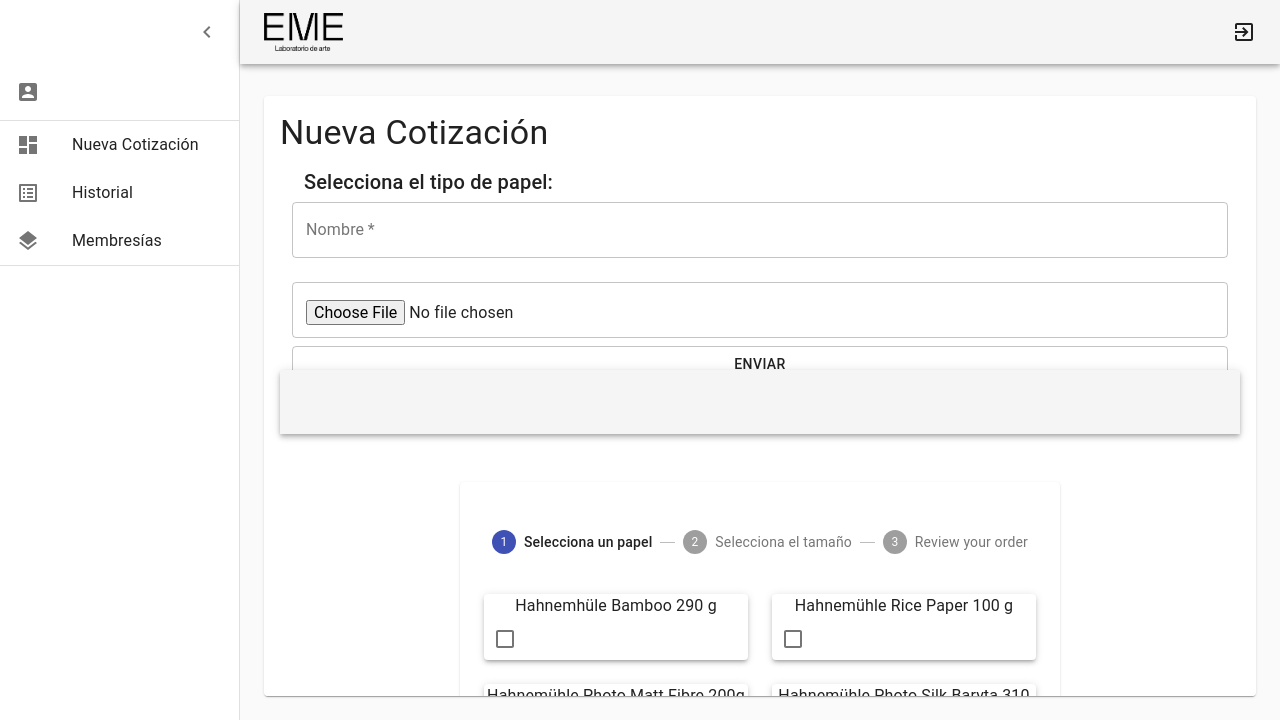
Repository: BrendaCarranco/eme-lab
Page: /Trabajo
An editor plug-in stored every save of this project. The page is shown before and after the next save, followed by the edit.
The browser window is 1280 px wide. The pictures show the whole page.
An inner scrolling area shows only its first screen. Some web libraries are served in a nearby version. The project was rebuilt for these pictures with package versions that can differ from the ones it lists, and the page was loaded fresh each time. Also part of the build but not shown: src/components/buildingPage/Building.js, src/temaConfig.js, src/components/buildingPage/Landing.js, src/components/login/Reset.js, src/components/Dashboard/Historial.js, src/components/Dashboard/Membresias.js, src/components/Dashboard/SizeForm.js, src/components/Dashboard/Review.js and 6 more.

Above is the page before, as saved 2020-08-30 20:28:11.

### public/index.html
<!DOCTYPE html>
<html lang="en">

<head>
  <meta charset="utf-8" />

  <meta name="viewport" content="width=device-width, initial-scale=1" />
  <meta name="theme-color" content="#000000" />
  <meta name="description" content="Web site created using create-react-app" />
  <link rel="icon" type="image/png" href="/eme-icon.png">


  </style>

  <!--
      manifest.json provides metadata used when your web app is installed on a
      user's mobile device or desktop. See https://developers.google.com/web/fundamentals/web-app-manifest/
    -->
  <link rel="manifest" href="%PUBLIC_URL%/manifest.json" />
  <!-- CSS only -->
  <link rel="stylesheet" href="https://stackpath.bootstrapcdn.com/bootstrap/4.5.2/css/bootstrap.min.css"
    integrity="sha384-JcKb8q3iqJ61gNV9KGb8thSsNjpSL0n8PARn9HuZOnIxN0hoP+VmmDGMN5t9UJ0Z" crossorigin="anonymous">

  <!--
      Notice the use of %PUBLIC_URL% in the tags above.
      It will be replaced with the URL of the `public` folder during the build.
      Only files inside the `public` folder can be referenced from the HTML.

      Unlike "/favicon.ico" or "favicon.ico", "%PUBLIC_URL%/favicon.ico" will
      work correctly both with client-side routing and a non-root public URL.
      Learn how to configure a non-root public URL by running `npm run build`.
    -->
  <title>EME Laboratorio de arte</title>
</head>

<body>
  <noscript>You need to enable JavaScript to run this app.</noscript>
  <div id="root"></div>
  <!--
      This HTML file is a template.
      If you open it directly in the browser, you will see an empty page.

      You can add webfonts, meta tags, or analytics to this file.
      The build step will place the bundled scripts into the <body> tag.

      To begin the development, run `npm start` or `yarn start`.
      To create a production bundle, use `npm run build` or `yarn build`.
    -->
  <!-- Compiled and minified JavaScript -->

  <script src="https://code.jquery.com/jquery-3.2.1.slim.min.js"
    integrity="sha384-KJ3o2DKtIkvYIK3UENzmM7KCkRr/rE9/Qpg6aAZGJwFDMVNA/GpGFF93hXpG5KkN"
    crossorigin="anonymous"></script>
  <script src="https://cdnjs.cloudflare.com/ajax/libs/popper.js/1.12.9/umd/popper.min.js"
    integrity="sha384-ApNbgh9B+Y1QKtv3Rn7W3mgPxhU9K/ScQsAP7hUibX39j7fakFPskvXusvfa0b4Q"
    crossorigin="anonymous"></script>
  <script src="https://maxcdn.bootstrapcdn.com/bootstrap/4.0.0/js/bootstrap.min.js"
    integrity="sha384-JZR6Spejh4U02d8jOt6vLEHfe/JQGiRRSQQxSfFWpi1MquVdAyjUar5+76PVCmYl"
    crossorigin="anonymous"></script>
</body>

</html>

### src/App.js
import React, { useEffect, useState, useContext } from 'react';
import { BrowserRouter, Switch, Route } from 'react-router-dom';
import { firebase } from './firebase';
import Building from './components/buildingPage/Building';
import Landing from './components/buildingPage/Landing';
import Reset from './components/login/Reset';
import Dashboard from './components/Dashboard/Dashboard';
import SignInSide from './components/login/SignInSide';
import Admin from './components/admin/Admin';

import { UserContext } from './context/UserProvider';
import NoMember from './components/Dashboard/NoMember';

function App() {

  const [firebaseUser, setFirebaseUser] = useState(null);
  const [fbName, setFbName] = useState('');
  const [fbMail, setFbMail] = useState('');
  const [usersFiles, setUsersFiles] = useState([]);


  const { userProvider } = useContext(UserContext);


  //Observador
  useEffect(() => {
    firebase.auth().onAuthStateChanged(user => {
      console.log(user);
      if (user) {
        setFbName(user.displayName);
        setFbMail(user.email);
        setFirebaseUser(user);
      } else {
        setFirebaseUser(null);
        return;
      }
    });
  }, [firebaseUser]);

  return (
    <BrowserRouter>
      <Switch>
        <Route exact path='/'>
          <Landing />
        </Route>
        {/*
        <Route path='/admin'>
          <Admin usersFiles={usersFiles} />
        </Route> */}

        <Route path='/dashboard'>

          {
            userProvider.role === 'Admin' && <Admin usersFiles={usersFiles} />
          }
          {
            userProvider.role === 'Miembro' && <Dashboard firebaseUser={firebaseUser} setUsersFiles={setUsersFiles} usersFiles={usersFiles} fbMail={fbMail} />
          }
          {
            userProvider.role === 'Invitado' && <NoMember />
          }



        </Route>

        <Route path='/signin'>
          <SignInSide />
        </Route>

        <Route path='/Admin'>
          <Admin />
        </Route>

        <Route path='/Trabajo'>
          <Dashboard />
        </Route>



      </Switch>
    </BrowserRouter>
  );
}

export default App;

### src/context/UserProvider.js
import React, { createContext, useEffect } from 'react';
import { useState } from 'react';
import { firebase } from '../firebase';

export const UserContext = createContext();

const UserProvider = (props) => {

    const dataInitialUser = {
        email: null,
        uid: null,
        role: 'Invitado',
        displayName: null
    };

    const [userProvider, setUserProvider] = useState(dataInitialUser);


    useEffect(() => {
        detectUser();
    }, []);

    const detectUser = () => {
        firebase.auth().onAuthStateChanged(user => {
            if (user) {
                console.log(user, 'user provider');
                user.getIdTokenResult()
                    .then(idTokenResult => {
                        console.log(idTokenResult, 'token');
                        if (!!idTokenResult.claims.Admin) {
                            console.log('es admin');
                            setUserProvider({
                                email: user.email,
                                uid: user.uid,
                                displayName: user.displayName,
                                role: 'Admin'

                            });
                        } else if (!!idTokenResult.claims.Member) {
                            console.log('es miembro');
                            setUserProvider({
                                email: user.email,
                                uid: user.uid,
                                displayName: user.displayName,
                                role: 'Miembro'
                            });
                        } else {
                            console.log('es invitado');
                            setUserProvider({
                                email: user.email,
                                uid: user.uid,
                                displayName: user.displayName,
                                role: 'Invitado'

                            });
                        }
                    }
                    );

            } else {
                console.log(user, 'user provider null');
            }
        });
    };

    const userRegister = async (email, password, name) => {
        try {
            const res = await firebase.auth().createUserWithEmailAndPassword(email, password);
            const collection = await firebase.firestore().collection('usuarios').doc(res.user.email).get();

            if (!collection.exists) {
                await firebase.firestore().collection('usuarios').doc(res.user.email).set({
                    email: res.user.email,
                    uid: res.user.uid,
                    role: 'Invitado',
                    displayName: name
                });
                let current = firebase.auth().currentUser;
                current.updateProfile({
                    displayName: name
                });

            }

        } catch (error) {
            console.log(error);
        }
        firebase.auth().signOut();
    };

    return (
        <UserContext.Provider value={{ userProvider, userRegister }} >
            {props.children}
        </UserContext.Provider>
    );
};

export default UserProvider;

### src/firebase.js
import firebase from 'firebase/app';
import 'firebase/auth';
import 'firebase/firestore';
import 'firebase/storage';
import 'firebase/functions';

const firebaseConfig = {
    apiKey: "AIzaSyB1b8DSEsphXC6iROi09Go8DnzwT9N6RYY",
    authDomain: "eme-lab.firebaseapp.com",
    databaseURL: "https://eme-lab.firebaseio.com",
    projectId: "eme-lab",
    storageBucket: "eme-lab.appspot.com",
    messagingSenderId: "906776180001",
    appId: "1:906776180001:web:939db4508539931fda3a60"
};
// Initialize Firebase
firebase.initializeApp(firebaseConfig);

export { firebase };

### src/components/Dashboard/Cotizacion.js
import React, { useState } from 'react';
import { firebase } from '../../firebase';
import moment from 'moment';
import 'moment/locale/es';

import Container from '@material-ui/core/Container';
import { makeStyles } from '@material-ui/core/styles';
import Typography from '@material-ui/core/Typography';
import Title from './Title';
import TextField from '@material-ui/core/TextField';
import Button from '@material-ui/core/Button';
import Grid from '@material-ui/core/Grid';


const useStyles = makeStyles((theme) => ({
  paper: {
      margin: theme.spacing(1),
  },
}));

const Cotizacion = ({ firebaseUser, setUsersFiles, usersFiles }) => {
  const classes = useStyles();
  const [fileUrl, setFileUrl] = useState(null);
  const [input, setInput] = useState('');
  //const [usersFiles, setUsersFiles] = useState([]);

  let time = Date.now();
  let timeFormat = moment(time).format('LLL');

  const handleChangeFile = async e => {
    const file = e.target.files[0];
    const storageRef = firebase.storage().ref('Cotizaciones').child(firebaseUser.email);
    const fileRef = storageRef.child(file.name);
    await fileRef.put(file);
    setFileUrl(await fileRef.getDownloadURL());
  };

  const handleSubmit = e => {
    e.preventDefault();
    //console.log('submit');

    const username = e.target.username.value;
    setInput(username);
    if (!username) {
      return;
    }

    const newUserFile = {
      name: username,
      fileLink: fileUrl,
      date: timeFormat,
      email: firebaseUser.email,
      user: firebaseUser.displayName,
      status: 'Pendiente'
    };
    //esta sube la imegen
    firebase.firestore().collection('files').doc().set(newUserFile);
    setUsersFiles([
      ...usersFiles,
      { ...newUserFile }

    ]);
    setInput('');
    setFileUrl('');
    return alert('archivo subido');
  };

  /*   const emailUpdate = async () => {
      const a = await firebase.auth().onAuthStateChanged(function (user) {
        if (user) {
          setUserEmail(user.email);
          return;
          // User is signed in.
        } else {
          return;
        }
      });
    };
    emailUpdate();

    useEffect(() => {
      const fetchUsersFiles = async () => {
        const usersFilesCollection = await firebase.firestore().collection('files').where("email", "==", userEmail).get();
        setUsersFiles(usersFilesCollection.docs.map(doc => {
          return doc.data();
        }));
      };
      fetchUsersFiles();
    }, [setUsersFiles, userEmail]);

    console.log(usersFiles); */


  return (
    <React.Fragment>
      <Title>Nueva Cotización</Title>
      <Container maxWidth="m">
        <Typography variant="h6" color="initial">
          Selecciona el tipo de papel:
       </Typography>
        <form onSubmit={handleSubmit}>
        <Grid container spacing={3}>

          <TextField
            variant="outlined"
            margin="normal"
            required
            fullWidth
            id="outlined-basic"
            label="Nombre"
            name='username'
            onChange={e => setInput(e.target.value)}
            value={input}

          />

          <TextField
            variant="outlined"
            margin="normal"
            required
            fullWidth
            id="outlined-basic"
            name='file'
            type='file'
            onChange={handleChangeFile}
          />
          <Button
            type="submit"
            fullWidth
            variant="outlined"
            color="default"
          >Enviar</Button>


          </Grid>
        </form>
      </Container>
    </React.Fragment>


  );
};

export default Cotizacion;

### src/components/Dashboard/Checkout.js
import React from 'react';
import { makeStyles } from '@material-ui/core/styles';
import CssBaseline from '@material-ui/core/CssBaseline';
import AppBar from '@material-ui/core/AppBar';
import Toolbar from '@material-ui/core/Toolbar';
import Paper from '@material-ui/core/Paper';
import Stepper from '@material-ui/core/Stepper';
import Step from '@material-ui/core/Step';
import StepLabel from '@material-ui/core/StepLabel';
import Button from '@material-ui/core/Button';
import Link from '@material-ui/core/Link';
import Typography from '@material-ui/core/Typography';
import PaperForm from './PaperForm';
import SizeForm from './SizeForm';
import Review from './Review';

function Copyright() {
  return (
    <Typography variant="body2" color="textSecondary" align="center">
      {'Copyright © '}
      <Link color="inherit" href="https://material-ui.com/">
        Your Website
      </Link>{' '}
      {new Date().getFullYear()}
      {'.'}
    </Typography>
  );
}

const useStyles = makeStyles((theme) => ({
  appBar: {
    position: 'relative',
  },
  layout: {
    width: 'auto',
    marginLeft: theme.spacing(2),
    marginRight: theme.spacing(2),
    [theme.breakpoints.up(600 + theme.spacing(2) * 2)]: {
      width: 600,
      marginLeft: 'auto',
      marginRight: 'auto',
    },
  },
  paper: {
    marginTop: theme.spacing(3),
    marginBottom: theme.spacing(3),
    padding: theme.spacing(2),
    [theme.breakpoints.up(600 + theme.spacing(3) * 2)]: {
      marginTop: theme.spacing(6),
      marginBottom: theme.spacing(6),
      padding: theme.spacing(3),
    },
  },
  stepper: {
    padding: theme.spacing(3, 0, 5),
  },
  buttons: {
    display: 'flex',
    justifyContent: 'flex-end',
  },
  button: {
    marginTop: theme.spacing(3),
    marginLeft: theme.spacing(1),
  },
}));

const steps = ['Selecciona un papel', 'Selecciona el tamaño', 'Review your order'];

function getStepContent(step) {
  switch (step) {
    case 0:
      return <PaperForm />;
    case 1:
      return <SizeForm />;
    case 2:
      return <Review />;
    default:
      throw new Error('Unknown step');
  }
}

export default function Checkout() {
  const classes = useStyles();
  const [activeStep, setActiveStep] = React.useState(0);

  const handleNext = () => {
    setActiveStep(activeStep + 1);
  };

  const handleBack = () => {
    setActiveStep(activeStep - 1);
  };

  return (
    <React.Fragment>
      <CssBaseline />
      <AppBar position="absolute" color="default" className={classes.appBar}>
        <Toolbar>

        </Toolbar>
      </AppBar>
      <main className={classes.layout}>
        <Paper className={classes.paper}>

          <Stepper activeStep={activeStep} className={classes.stepper}>
            {steps.map((label) => (
              <Step key={label}>
                <StepLabel>{label}</StepLabel>
              </Step>
            ))}
          </Stepper>
          <React.Fragment>
            {activeStep === steps.length ? (
              <React.Fragment>
                <Typography variant="h5" gutterBottom>
                  Thank you for your order.
                </Typography>
                <Typography variant="subtitle1">
                  Your order number is #2001539. We have emailed your order confirmation, and will
                  send you an update when your order has shipped.
                </Typography>
              </React.Fragment>
            ) : (
              <React.Fragment>
                {getStepContent(activeStep)}
                <div className={classes.buttons}>
                  {activeStep !== 0 && (
                    <Button onClick={handleBack} className={classes.button}>
                      Back
                    </Button>
                  )}
                  <Button
                    variant="contained"
                    color="primary"
                    onClick={handleNext}
                    className={classes.button}
                  >
                    {activeStep === steps.length - 1 ? 'Place order' : 'Next'}
                  </Button>
                </div>
              </React.Fragment>
            )}
          </React.Fragment>
        </Paper>
        <Copyright />
      </main>
    </React.Fragment>
  );
}

### src/components/Dashboard/Title.js

import React from 'react';
import PropTypes from 'prop-types';
import Typography from '@material-ui/core/Typography';

export default function Title(props) {
  return (
    <Typography component="h2" variant="h4" color="default" gutterBottom>
      {props.children}
    </Typography>
  );
}

Title.propTypes = {
  children: PropTypes.node,
};

### src/components/Dashboard/PaperForm.js
import React, { useState }  from 'react';
import { firebase } from '../../firebase';
import moment from 'moment';
import 'moment/locale/es';

import Grid from '@material-ui/core/Grid';
import Typography from '@material-ui/core/Typography';
import TextField from '@material-ui/core/TextField';
import FormControlLabel from '@material-ui/core/FormControlLabel';
import Checkbox from '@material-ui/core/Checkbox';
import Paper from '@material-ui/core/Paper';


export default function PaperForm() {

  return (
    <React.Fragment>
      <Grid container spacing={3}>

        <Grid item xs={12} sm={6}>
          <Paper elevation={3}>
            <Typography align="center">
              Hahnemhüle Bamboo  290 g
            </Typography>
            <Checkbox/>
          </Paper>
          </Grid>
          <Grid item xs={12} sm={6}>
          <Paper elevation={3}>
            <Typography align="center">
            Hahnemühle Rice Paper 100 g
            </Typography>
            <Checkbox/>
          </Paper>
          </Grid>
          <Grid item xs={12} sm={6}>
          <Paper elevation={3}>
            <Typography align="center">
            Hahnemühle Photo Matt Fibre 200g
            </Typography>
            <Checkbox/>
          </Paper>
          </Grid>
          <Grid item xs={12} sm={6}>
          <Paper elevation={3}>
            <Typography align="center">
            Hahnemühle Photo Silk Baryta 310 g
            </Typography>
            <Checkbox/>
          </Paper>
          </Grid>
          <Grid item xs={12} sm={6}>
          <Paper elevation={3}>
            <Typography align="center">
            EPSON Pap. Enhanced Mate
            </Typography>
            <Checkbox/>
          </Paper>
          </Grid>



      </Grid>
    </React.Fragment>
  );
}

Loaded but not shown: src/index.js (common file); src/index.css (common file); src/serviceWorker.js (common file); src/components/Dashboard/Dashboard.js (298 lines, source omitted)

After the next save:
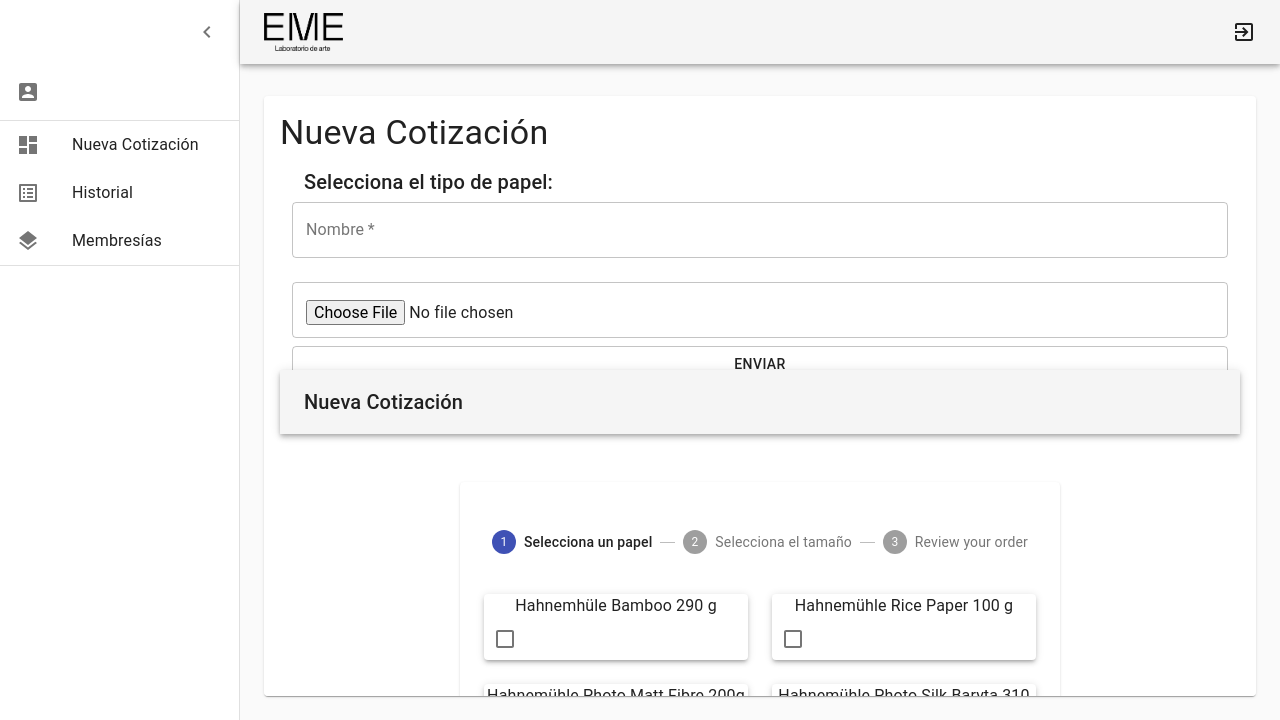
Saved 7 s later.
--- a/src/components/Dashboard/Checkout.js
+++ b/src/components/Dashboard/Checkout.js
@@ -96,7 +96,9 @@ export default function Checkout() {
       <CssBaseline />
       <AppBar position="absolute" color="default" className={classes.appBar}>
         <Toolbar>
-
+          <Typography variant="h6" color="inherit" noWrap>
+            Nueva Cotización
+          </Typography>
         </Toolbar>
       </AppBar>
       <main className={classes.layout}>
